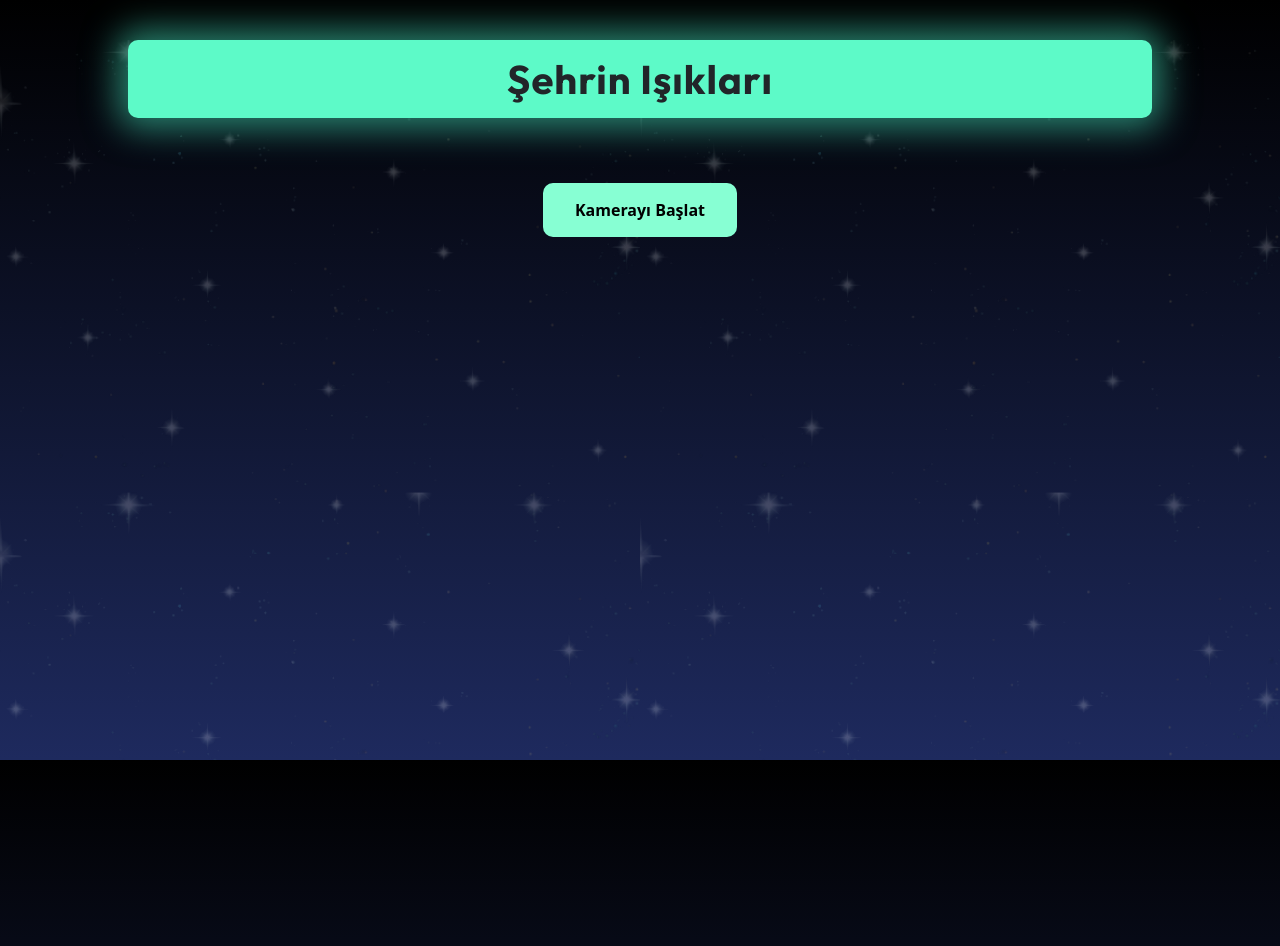
Repository: BiranOrundas/CameraQR
Page: index.html
The author's editor kept a copy of each file at every save. The page is drawn from the files as they stood at one save, then again after the next save.
The browser window is 1280 px wide. The pictures show the whole page.

Above is the page before, as saved 2024-08-29 15:44:41.

### index.html
<!DOCTYPE html>
<html lang="tr">
<head>
    <meta charset="UTF-8">
    <title>Şehrin Işıkları</title>
<link rel="stylesheet" href="style.css">
<link href="https://cdn.jsdelivr.net/npm/bootstrap@5.3.3/dist/css/bootstrap.min.css" rel="stylesheet" integrity="sha384-QWTKZyjpPEjISv5WaRU9OFeRpok6YctnYmDr5pNlyT2bRjXh0JMhjY6hW+ALEwIH" crossorigin="anonymous">
</head>
<body class="mx-auto">
    <div id="stars">

    </div>
    <div class="header">
        <h1 class="outfit">Şehrin Işıkları</h1>
    </div>
    <div style="align-items: center; justify-content: center; text-align: center;">
    <button class="button" id="start-camera">Kamerayı Başlat</button>
</div>
    <video id="camera" autoplay playsinline></video>
    <div style="align-items: center; justify-content: center; text-align: center;">
    <button class="button" id="take-photo" >Fotoğraf Çek</button>
    </div>
    <canvas id="canvas" ></canvas>
    <div class="row mx-auto align-items-center">
          <div class="col-12 col-md-8">
    <img id="photo"  alt="Çekilen Fotoğraf">
        </div>
    <div class="col-12 col-md-4 mx-auto justify-content-center ">
        <h1 id="qrinfo">Fotografınızı QR kodu okutarak indirebilirsiniz.</h1>
    <div class="text-center mx-auto" id="qrcode"></div>
    </div>
    </div>
    <div id="qrdiv" class="mt-5 py-5" style="align-items: center; justify-content: center; text-align: center;">
    <button id="download-qr" class="button" style="display: none;">QR Kodunu İndir</button>
    <button id="try-again" class="button" style="display: none;">Yeniden Çek</button>
    </div>



    <script src="qrious.js"></script>
    <script src="script.js"></script>
</body>
</html>

### style.css
@import url('https://fonts.googleapis.com/css2?family=Outfit:wght@100..900&display=swap');



.outfit {
  font-family: "Outfit", sans-serif;
  font-optical-sizing: auto;
  font-weight: 700;
  font-style: normal;
}

#stars{
  position: absolute;
  background-image: url(stars.png);
  height: 100vh;
  width: 100vw;
  margin-left: -10%;
  object-fit: cover;
  z-index: -1;
  opacity: 0.2;
  background-repeat: repeat;
  background-size: 50%;
}

body{
    margin-left:auto ;
    margin-right:auto ;
    align-items: center;
    justify-content: center;
    max-width: 80vw !important;
    height: 100vh !important;
    /* background-image: repeating-linear-gradient(to bottom, #1E2A5E 10%, #38444d 5% ) !important; */
    background-image: linear-gradient(to bottom, rgba(0,0,0,1), rgba(30,42,94,1));
}

#camera {
    display: grid;
    visibility: hidden;
    justify-content: center;
    margin: auto;
    width: 100%;
    max-width: 1400px;
    height: 75vh;
    object-fit: cover;
    border-radius: 10px;
    box-shadow: #ffffffda 0px 0px 65px 10px;
    border: #fff 1px solid;
    border-style: dotted;
}

#photo {
    border:rgb(93, 250, 200) 1px solid;
    display: none;
    width: 50vw;
    height: 60vh;
    margin-top: 10px;
    justify-content: center;
    border-radius: 15px;
    object-fit: cover;
    box-shadow: rgba(242, 242, 242, 0.53) 0px 0px 35px 10px;
}

#qrcode {
   width: 20vw;
   height: auto;
}

#take-photo{
display: none;
}
#canvas{
display: none ;
}

.button {
    background-color: #87ffd3; /* Green */
    border: none;
    color: #000000;
    padding: 15px 32px;
    text-align: center;
    text-decoration: none;
    font-weight: 700;
    display: inline-block;
    font-size: 16px;
    border-radius: 10px;
    transition: 0.5s;
    justify-content: center;
    align-items: center;
    margin: 25px;


  }

  .button:hover{
    background-color: #005e3c; /* Green */
    cursor: pointer;
    color: #fff;
    box-shadow: #ffffff 0px 0px 15px 5px;
    transition: 0.5s;
    border: #fff 1px solid;
  }

  h1{
    justify-content: center;
    text-align: center;
    font-size: 2.5rem;
    color: rgb(255, 255, 255);
    letter-spacing: 1px;
    padding: 15px 10px;
  }

  .header{
    background-color: rgb(93, 250, 200);
    border-radius: 10px;
    width: 80vw;
    justify-content: center;
    align-items: center;
    text-align: center;
    flex-wrap: initial;
    margin-left: auto;
    margin-right: auto;
    margin-top: 40px;
    margin-bottom: 40px;
    box-shadow: rgba(74, 246, 203, 0.53) 0px 0px 35px 10px;


  }

  #qrinfo{
    color: #fff;
    text-shadow: #fff 0px 0px 15px;
    font-size: 2.5rem;
    margin-bottom: 40px;
    display: none;
  }

  @media only screen and (max-width: 680px){

    #camera {
        display: grid;
        visibility: hidden;
        justify-content: center;
        margin: auto;
        height: 60vh;
        object-fit: cover;
        border-radius: 10px;
        box-shadow: #55555588 2px 10px 35px 1px;
    }

    #photo {
        border:rgb(93, 250, 200) 1px solid;
        display: none;
        width: 75vw;
        height: 50vh;
        margin-top: 10px;
        justify-content: center;
        border-radius: 15px;
        object-fit: cover;
        box-shadow: rgba(242, 242, 242, 0.53) 0px 0px 35px 10px;
    }

    #qrcode {
        width: 50vw;
        height: auto;
     }

     #qrinfo{
        color: #fff;
        text-shadow: #fff 0px 0px 15px;
        font-size: 1.8rem;
        margin-bottom: 40px;
        margin-top: 40px;
        display: none;
      }

  }

### script.js
document.getElementById('start-camera').addEventListener('click', async function () {

    const cam = document.getElementById('start-camera');
    const video = document.getElementById('camera');
    const takePhotoButton = document.getElementById('take-photo');
    const stream = await navigator.mediaDevices.getUserMedia({ video: true });
    video.srcObject = stream;
    video.style.display = 'block';
    video.style.visibility = 'visible';
    cam.style.display = 'none';
    takePhotoButton.style.display = 'inline';
});
document.getElementById('start-camera').addEventListener('touchstart', async function () {
    const video = document.getElementById('camera');
    const takePhotoButton = document.getElementById('take-photo');
    const stream = await navigator.mediaDevices.getUserMedia({ video: true });
    video.srcObject = stream;
    video.style.display = 'block';
    video.style.visibility = 'visible';
    takePhotoButton.style.display = 'inline';
});



document.getElementById('take-photo').addEventListener('click', function () {
    const takePhoto = document.getElementById('take-photo');
    const again = document.getElementById('try-again');
    const canvas = document.getElementById('canvas');
    const video = document.getElementById('camera');
    const photo = document.getElementById('photo');
    const qrCodeDiv = document.getElementById('qrcode');
    const downloadButton = document.getElementById('download-qr');
    const qrinfo = document.getElementById('qrinfo');

    canvas.width = video.videoWidth;
    canvas.height = video.videoHeight;
    canvas.getContext('2d').drawImage(video, 0, 0);

    // Fotoğrafı göster
    const photoData = canvas.toDataURL('image/png');
    photo.src = photoData;

    // Fotoğrafı sunucuya yükle
    fetch('upload.php', {
        method: 'POST',
        headers: {
            'Content-Type': 'application/x-www-form-urlencoded'
        },
        body: 'photo=' + encodeURIComponent(photoData)
    })
    .then(response => response.text()) // JSON yerine text olarak yanıtı alın
    .then(text => {
        console.log("Gelen yanıt:", text); // Konsola dönen yanıtı yazdır
        try {
            const data = JSON.parse(text); // Yanıtı JSON'a çevir
            if (data.url) {
                // Fotoğrafın URL'sini kullanarak QR kodu oluştur
                const qr = new QRious({
                    value: window.location.origin + '/' + data.url,
                    size: 250
                });
                qrCodeDiv.innerHTML = ''; // QR kod div'ini temizle
                qrCodeDiv.appendChild(qr.canvas); // QR kodunu ekle
                downloadButton.style.display = 'inline'; // İndir butonunu göster
                again.style.display = 'inline'; // İndir butonunu göster

                // QR kodunu indir
                downloadButton.onclick = function () {
                    const link = document.createElement('a');
                    link.href = qr.toDataURL('image/png');
                    link.download = 'qr-code.png';
                    link.click();
                };
            } else {
                alert("Fotoğraf yüklenemedi. Hata: " + data.error);
            }
        } catch (error) {
            console.error("JSON çözümleme hatası:", error); // JSON hatasını göster
        }
    })
    .catch(error => {
        console.error("Fetch hatası:", error);
    });
    takePhoto.style.display = "none"
    photo.style.display = "block";
    video.style.display = "none";
    qrinfo.style.display = "block"

    document.getElementById('try-again').addEventListener('click', async function () {
        const video = document.getElementById('camera');
        const takePhotoButton = document.getElementById('take-photo');
        const stream = await navigator.mediaDevices.getUserMedia({ video: true });
        video.srcObject = stream;
        video.style.display = 'block';
        video.style.visibility = 'visible';
        takePhotoButton.style.display = 'inline';

        if(photo.style.display == "block"){
            photo.style.display = "none"
            downloadButton.style.display = 'none'; // İndir butonunu göster
            again.style.display = 'none'; // İndir butonunu göster
            qrinfo.style.display = "none"
            qrCodeDiv.innerHTML = '';

        } else{
            console.log("fotograf belleği temizlendi.")
        }

    });
});

Loaded but not shown: qrious.js (606 lines, source omitted)

After the next save:
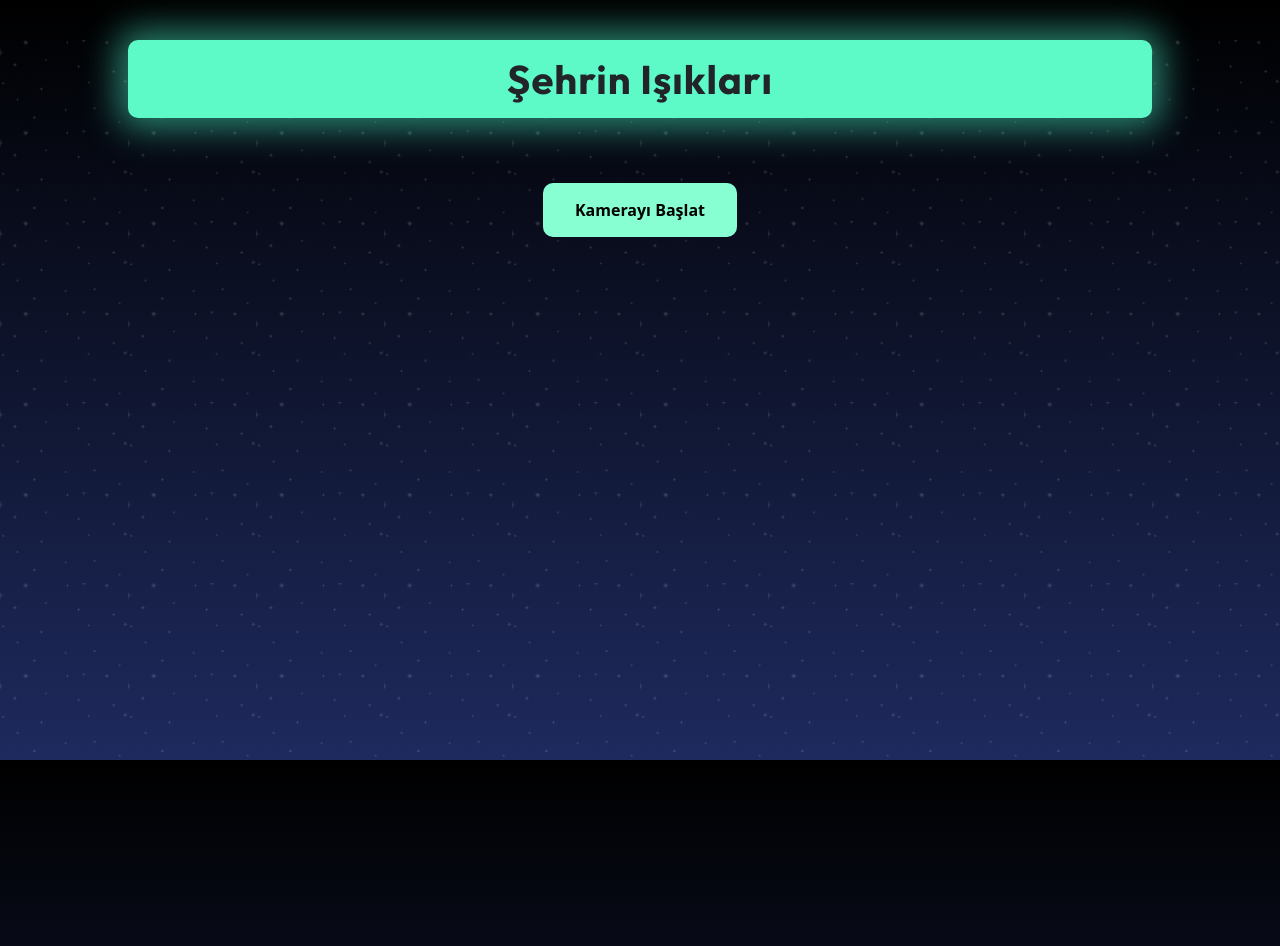
Saved 5 s later.
--- a/style.css
+++ b/style.css
@@ -19,7 +19,7 @@
   z-index: -1;
   opacity: 0.2;
   background-repeat: repeat;
-  background-size: 50%;
+  background-size: 10%;
 }
 
 body{
